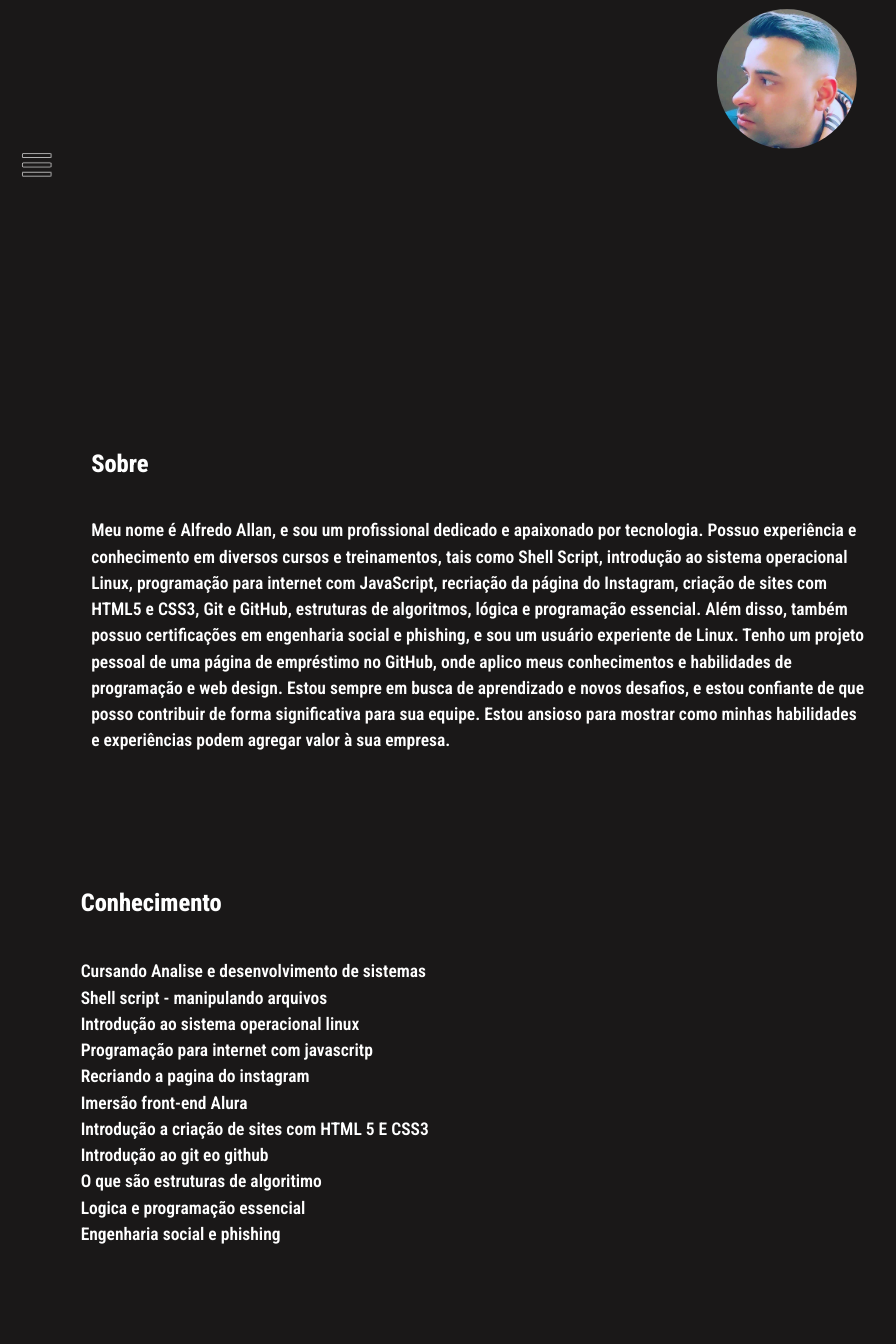
Repository: alfredo-allan/Portfolio
Page: index.html
The author's editor kept a copy of each file at every save. The page is drawn from the files as they stood at one save, then again after the next save.
The browser window is 1280 px wide. The pictures show the part of the page from y = 0 to 1920 px (the page is 4858 px tall before and 4882 px after), at 70% of full size.

Above is the page before, as saved 2024-05-30 20:00:17.

After the next save:
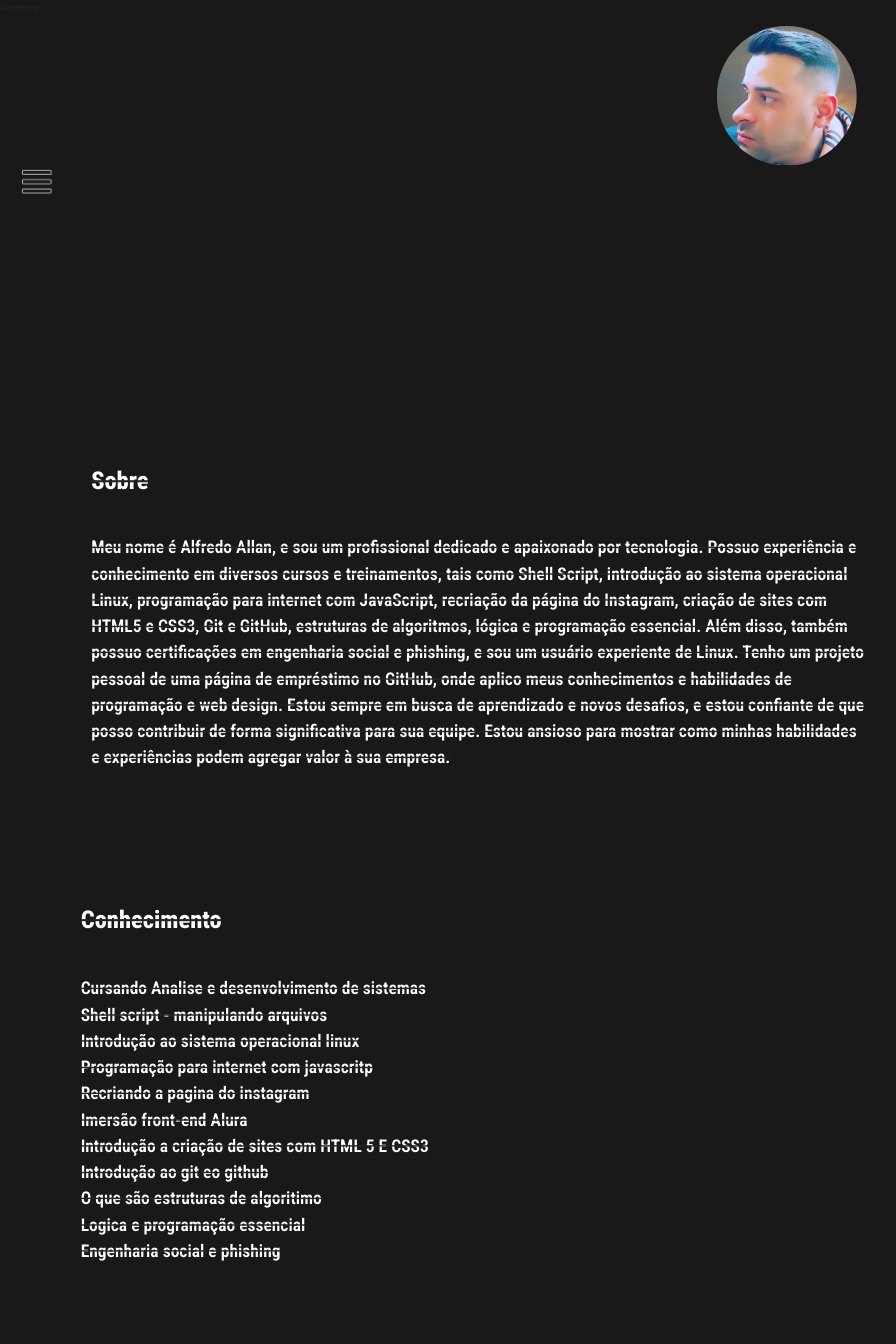
Saved 18 s later.
--- a/index.html
+++ b/index.html
@@ -14,7 +14,7 @@
       href="https://fonts.googleapis.com/css2?family=Roboto+Condensed:ital,wght@0,100..900;1,100..900&display=swap"
       rel="stylesheet"
     />
-
+<s
     <title>Portfolio</title>
     <div class="foto-perfil">
       <img src="./src/assets/images/foto-perfil.jpeg" alt="Minha Foto" />

After the 5 saves that followed:
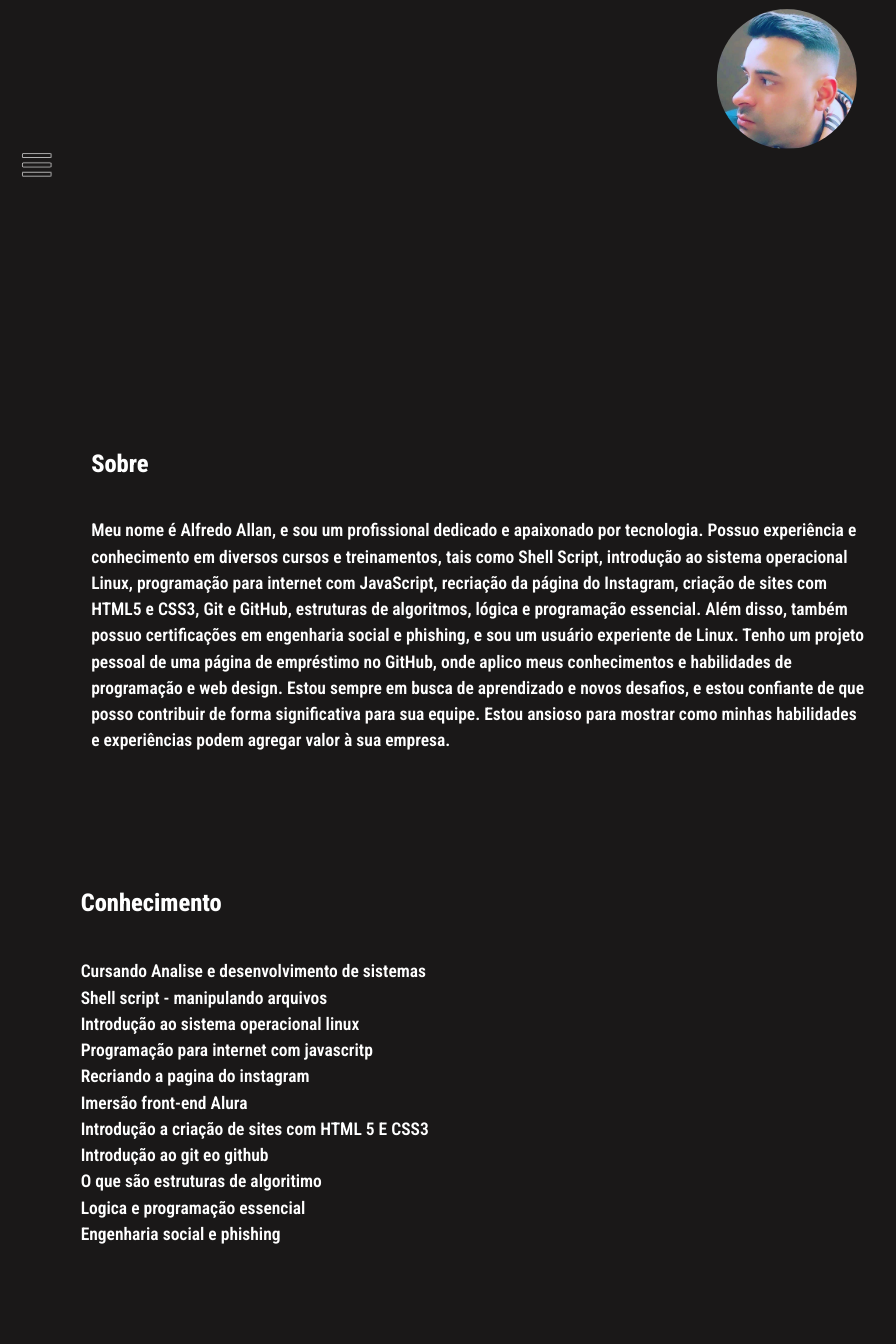
The 5 saves are shown as one change because they came seconds apart.
The last was saved 11 s later.
--- a/index.html
+++ b/index.html
@@ -14,7 +14,14 @@
       href="https://fonts.googleapis.com/css2?family=Roboto+Condensed:ital,wght@0,100..900;1,100..900&display=swap"
       rel="stylesheet"
     />
-<s
+<style>
+  @media only screen and (min-width: 300px) and (max-width: 600px) {
+  #menu-options {
+
+
+  }
+}
+</style>
     <title>Portfolio</title>
     <div class="foto-perfil">
       <img src="./src/assets/images/foto-perfil.jpeg" alt="Minha Foto" />
